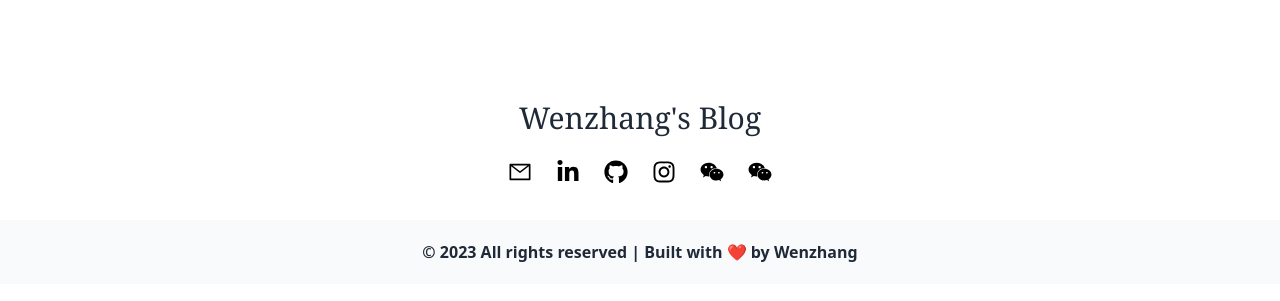
Repository: RealWenzhangGe/Wenzhang-s-Blog
Page: /components/Footer
These files come from the project's save history. The page is drawn as it stood at one moment and after the next save; the edit follows.
The browser window is 1280 px wide. The pictures show the whole page.
The project was rebuilt for these pictures with package versions that can differ from the ones it lists, and the page was loaded fresh each time. The framework's server and built-in components were replaced by stand-ins that run in the browser. Also part of the build but not shown: next.config.js.

Above is the page before, as saved 2023-02-28 18:53:32.

### pages/components/Footer.tsx
import { AiOutlineMail } from "react-icons/ai";
import { FaLinkedinIn, FaGithub, FaInstagram, FaWeixin } from "react-icons/fa";
import { Button, Popover } from 'antd';
import Image from 'next/image'

const QRCodeImage = (
  <>
  <Image src="/QRCode.png" alt="QRCode" width="320" height="320"/>
  { /*
  <div>
    <p>Content</p>
    <p>Content</p>
  </div> */
  }
  </>
);

function Footer() {
 return (
   <>
     <div
       className="flex flex-col items-start justify-around w-full h-auto pt-20 md:flex-row"
       id="contact"
     >
       <div className="p-5">
         <ul>
           <p className="pb-6 font-serif text-3xl text-center text-gray-800 cursor-pointer">
             Wenzhang's Blog
           </p>
           <div className="flex gap-6 pb-4">
             <a href="mailto:wenzhangge06@qq.com">
               {" "}
               <AiOutlineMail className="text-2xl cursor-pointer hover:text-gray-600" />
             </a>
             <a
               href="https://www.linkedin.com/in/wenzhang-ge-5679a821b/"
               target="_blank"
             >
               {" "}
               <FaLinkedinIn className="text-2xl cursor-pointer hover:text-blue-600" />
             </a>
             <a href="https://github.com/RealWenzhangGe" target="_blank">
               {" "}
               <FaGithub className="text-2xl cursor-pointer hover:text-gray-600" />
             </a>
             <a href="https://www.instagram.com/wenzhang.ge/" target="_blank">
               {" "}
               <FaInstagram className="text-2xl cursor-pointer hover:text-gray-600" />
             </a>
             <a>
              {" "}
              <FaWeixin className="text-2xl cursor-pointer hover:text-gray-600">


              </FaWeixin>

             </a>

             <Popover content={QRCodeImage} trigger="hover">
              {" "}
              <FaWeixin className="text-2xl cursor-pointer hover:text-gray-600" />
    </Popover>













            </div>
         </ul>
       </div>
     </div>
     <div className="flex flex-col items-center justify-center p-5 text-center bg-gray-50">
       <h1 className="font-semibold text-gray-800 ">
         © 2023 All rights reserved | Built with ❤ by{" "}
         <span className="font-semibold cursor-pointer hover:text-blue-600">
           Wenzhang{" "}
         </span>
       </h1>
     </div>
   </>
 );
}

export default Footer;

### tailwind.config.js
/** @type {import('tailwindcss').Config} */
module.exports = {
  content: [
    './pages/**/*.{js,ts,jsx,tsx}',
    './components/**/*.{js,ts,jsx,tsx}',
    './app/**/*.{js,ts,jsx,tsx}',
  ],
  theme: {
    extend: {},
  },
  plugins: []
}

Loaded but not shown: pages/_app.tsx (common file); styles/globals.css (common file)

After the next save:
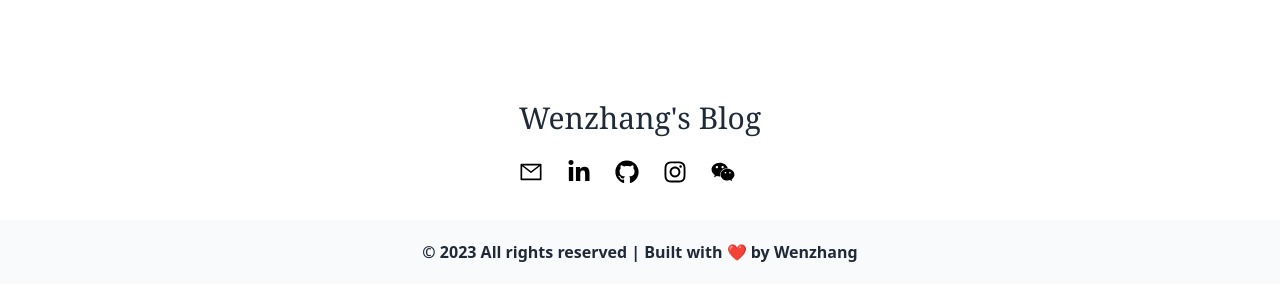
Saved 47 s later.
--- a/pages/components/Footer.tsx
+++ b/pages/components/Footer.tsx
@@ -47,19 +47,10 @@ function Footer() {
                {" "}
                <FaInstagram className="text-2xl cursor-pointer hover:text-gray-600" />
              </a>
-             <a>
-              {" "}
-              <FaWeixin className="text-2xl cursor-pointer hover:text-gray-600">
-
-
-              </FaWeixin>
-
-             </a>
-
              <Popover content={QRCodeImage} trigger="hover">
               {" "}
               <FaWeixin className="text-2xl cursor-pointer hover:text-gray-600" />
-    </Popover>
+             </Popover>
 
 
 
